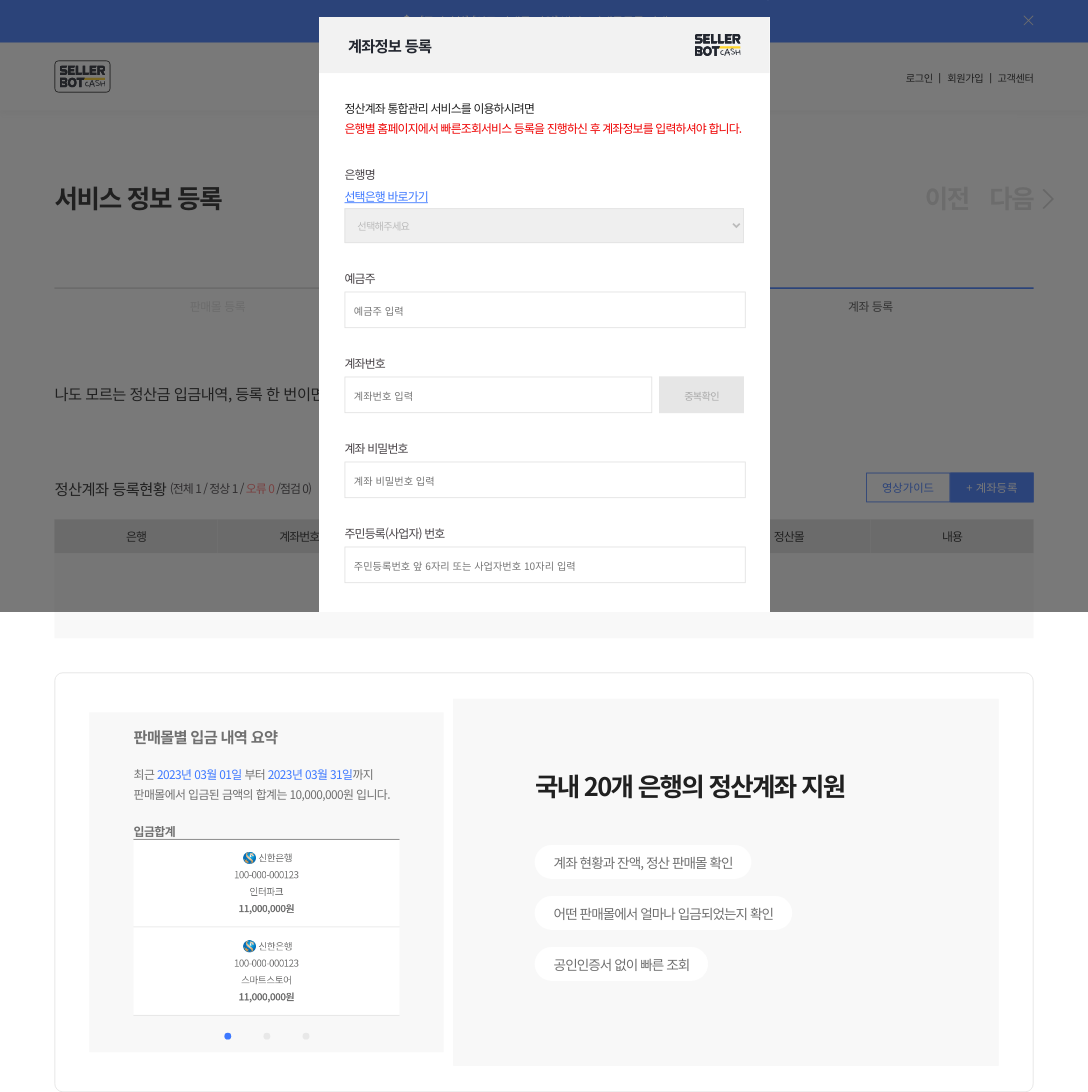
Repository: elemapfelr/ownServer
Page: test-server/web/sellerbot_signup/step_07.html
The author's editor kept a copy of each file at every save. The page is drawn from the files as they stood at one save, then again after the next save.
The browser window is 1280 px wide. The pictures show the whole page, at 85% of full size.
After loading, the first visible `#regAcc` was clicked once.
An inner scrolling area shows only its first screen. Some web libraries are served in a nearby version. The style sheet was rebuilt from its Sass, Less or Tailwind sources for each picture, by a compiler version that may differ from the author's.

Above is the page before, as saved 2023-03-15 11:09:03.

After the next save:
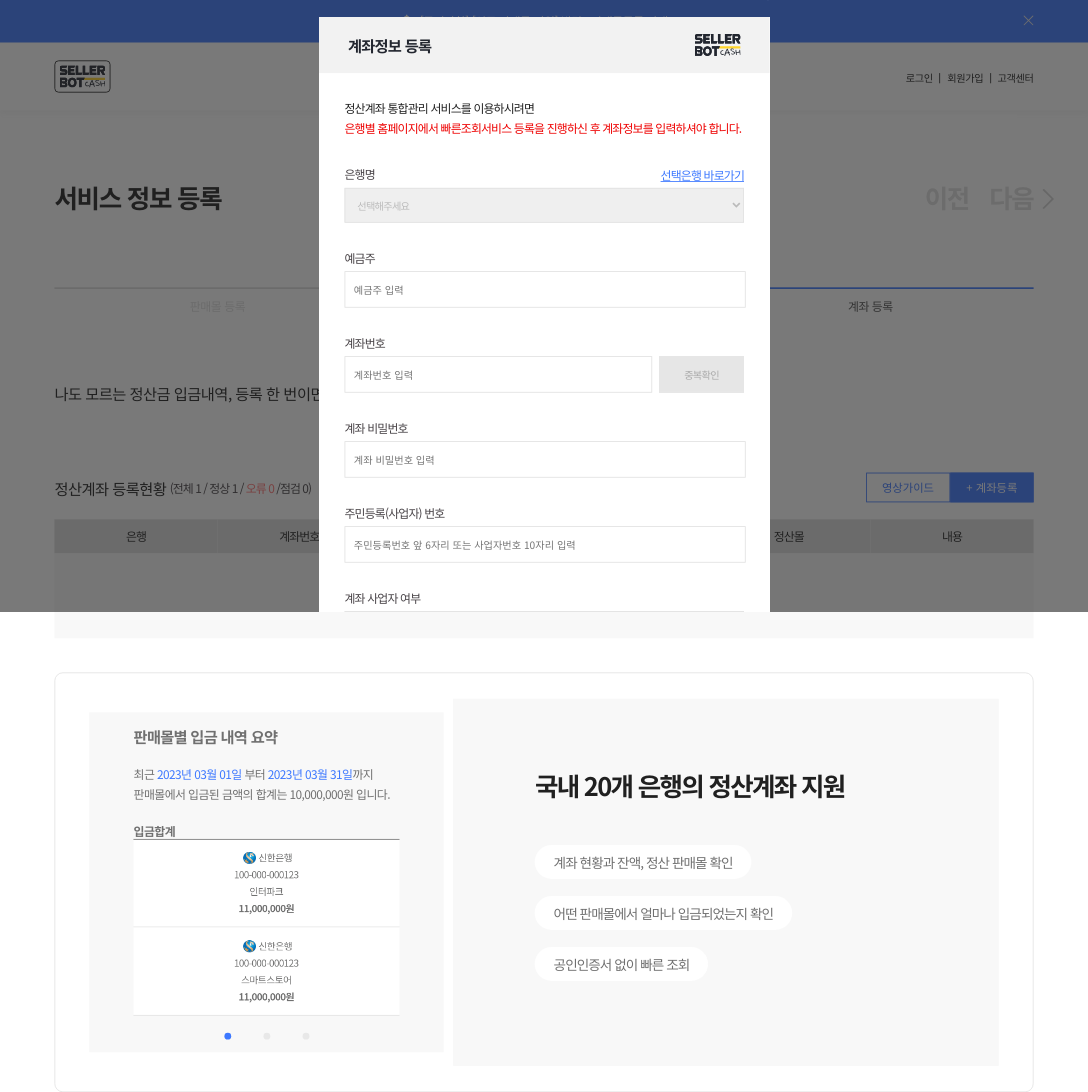
Saved 9 s later.
--- a/test-server/web/sellerbot_signup/css/scss/step_07.scss
+++ b/test-server/web/sellerbot_signup/css/scss/step_07.scss
@@ -275,6 +275,12 @@
                     text-decoration: underline;
                 }
 
+                .titleFlex{
+                    display: flex;
+                    align-items: center;
+                    justify-content: space-between;
+                }
+
                 .row,
                 .flexRow {
                     position: relative;
